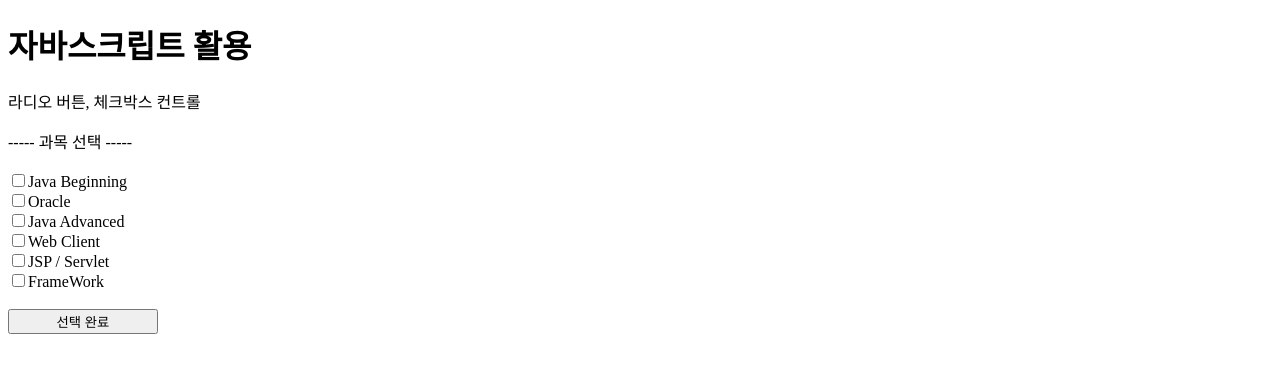
Repository: lolsoyeon/WebStudy
Page: WebApp03/WebContent/Test028_1.html
These files come from the project's save history. The page is drawn as it stood at one moment and after the next save; the edit follows.
The browser window is 1280 px wide. The pictures show the whole page.

Above is the page before, as saved 2022-10-05 12:07:19.

### WebApp03/WebContent/Test028_1.html
<!DOCTYPE html>
<html>
<head>
<meta charset="UTF-8">
<title>Test028_1.html</title>

<style type="text/css">
	input {font-family: 나눔고딕코딩; font-weight: bold;}
	input:focus {background-color: #eeeedd;}
	.btn {width: 70px;}
	.txt {text-align: right;}
	.btn {width: 150px;}
	textarea { font-family: 나눔고딕코딩; font-weight: bold;}
	.txt {text-align: center; width: 300px;}
</style>

<script type="text/javascript">

	function actionChoice()
	{
// 		alert("함수 호출 확인~!!!");

		var checkObj = document.getElementsByName("checkGroup");
		var message = "";
		var flag = true;

		for (var i = 0; i < checkObj.length; i++)		// 0 1 2 3 4 5
		{
// 			alert(checkObj[i].checked); // 특정 체크박스를 선택하면  그것은 true 나머지는 false
// 			alert(checkObj[i].value); // value 에 들어있는것 출력됨

			if (checkObj[i].checked)
			{
// 				alert(checkObj[i].value);
				message += checkObj[i].value + "\n";
				flag = false;
			}
		}

		if (flag)
		{
			message = "선택한 과목이 없습니다.";
			alert(message);
		}
		else
			alert(message);



	}


</script>

</head>
<body>

<div>
	<h1>자바스크립트 활용</h1>
	<p>라디오 버튼, 체크박스 컨트롤</p>
</div>


<div>
	<form>
		----- 과목 선택 -----
		<br><br>
<!-- 		자바 기초 -->
		<label>
			<input type="checkbox" name="checkGroup" value="자바 기초">Java Beginning
		</label>
		<br>

<!-- 		오라클 -->
		<label>
			<input type="checkbox" name="checkGroup" value="오라클">Oracle
		</label>
		<br>

<!-- 		자바심화 -->
		<label>
			<input type="checkbox" name="checkGroup" value="자바 심화">Java Advanced
		</label>
		<br>

<!-- 		웹클라이언트 -->
		<label>
			<input type="checkbox" name="checkGroup" value="웹클라이언트">Web Client
			</label>
		<br>

<!-- 		웹APP서버 -->
		<label>
			<input type="checkbox" name="checkGroup" value="웹App 서버">JSP / Servlet
		</label>
		<br>

<!-- 		프레임워크 -->
		<label>
			<input type="checkbox" name="checkGroup" value="프레임워크">FrameWork
		</label>
		<br><br>

		<button type="button" class="btn" onclick="actionChoice()">선택 완료</button>


	</form>
</div>

</body>
</html>

After the next save:
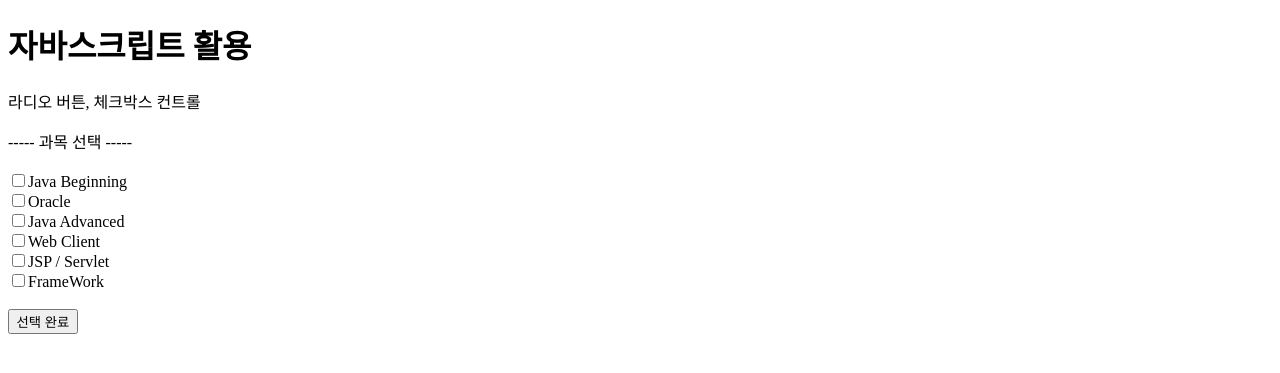
Saved 45 s later.
--- a/WebApp03/WebContent/Test028_1.html
+++ b/WebApp03/WebContent/Test028_1.html
@@ -9,7 +9,6 @@
 	input:focus {background-color: #eeeedd;}
 	.btn {width: 70px;}
 	.txt {text-align: right;}
-	.btn {width: 150px;}
 	textarea { font-family: 나눔고딕코딩; font-weight: bold;}
 	.txt {text-align: center; width: 300px;}
 </style>

After the save that followed:
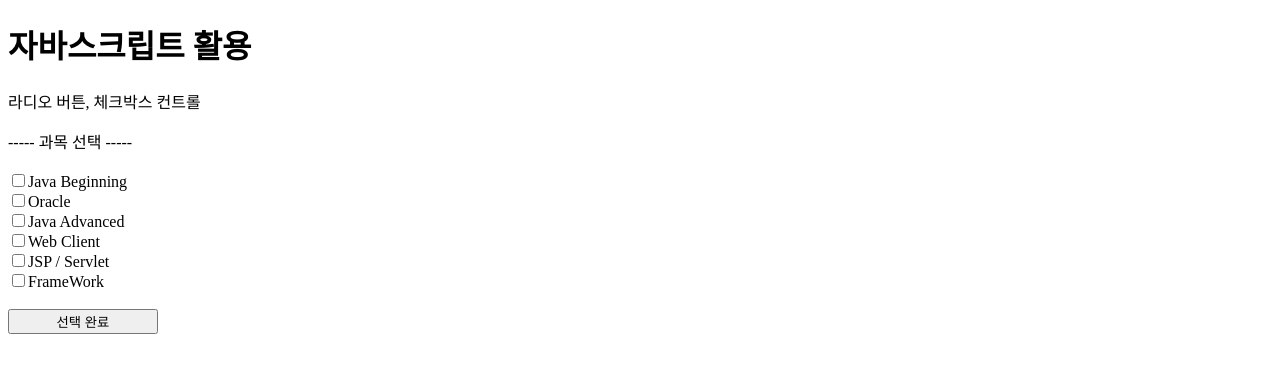
Saved 11 s later.
--- a/WebApp03/WebContent/Test028_1.html
+++ b/WebApp03/WebContent/Test028_1.html
@@ -7,7 +7,7 @@
 <style type="text/css">
 	input {font-family: 나눔고딕코딩; font-weight: bold;}
 	input:focus {background-color: #eeeedd;}
-	.btn {width: 70px;}
+	.btn {width: 150px;}
 	.txt {text-align: right;}
 	textarea { font-family: 나눔고딕코딩; font-weight: bold;}
 	.txt {text-align: center; width: 300px;}
